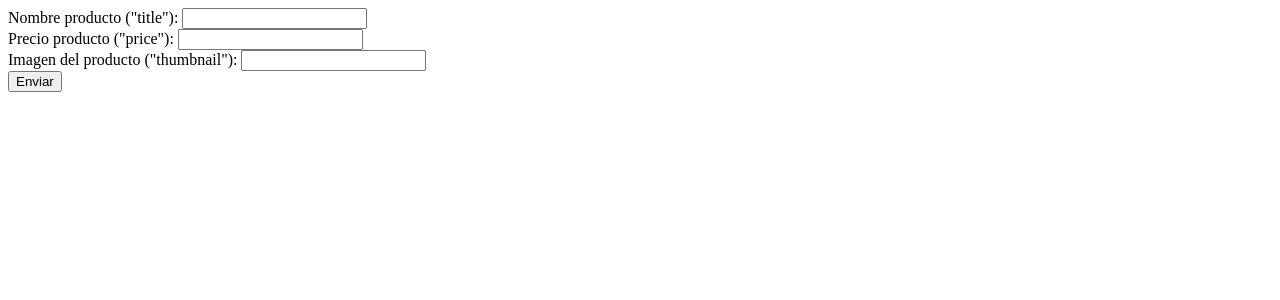
Repository: gadiazsaavedra/CoderHouseDesafio4
Page: public/index.html
An editor plug-in stored every save of this project. The page is shown before and after the next save, followed by the edit.
The browser window is 1280 px wide. The pictures show the whole page.

Above is the page before, as saved 2022-06-19 15:14:36.

After the next save:
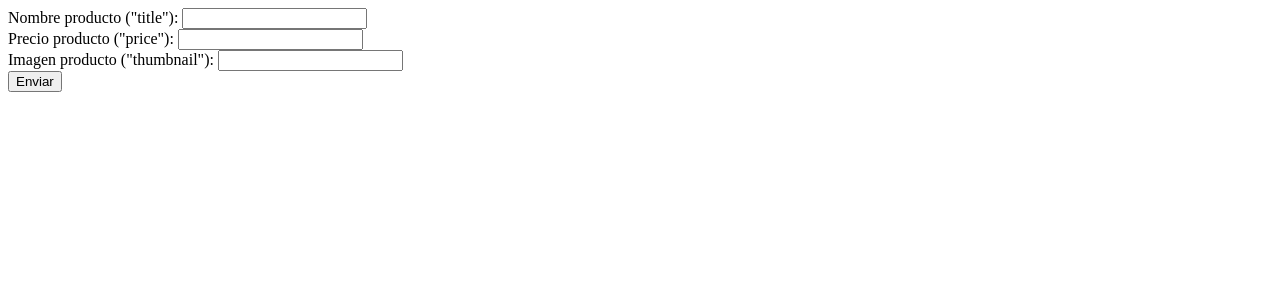
Saved 4 s later.
--- a/public/index.html
+++ b/public/index.html
@@ -17,7 +17,7 @@
             <input type="number" name="price"/>
         </div>
         <div>
-            <label for="thumbnail">Imagen del producto ("thumbnail"):</label>
+            <label for="thumbnail">Imagen  producto ("thumbnail"):</label>
             <input type="text" name="thumbnail"/>
         </div>
         <button type="submit">Enviar</button>
